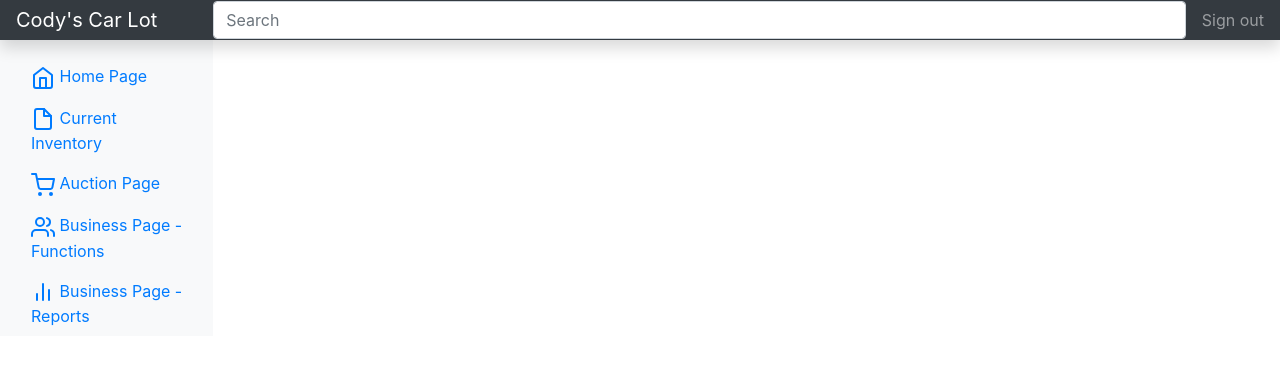
Repository: CodyHogge/CarDealershipProject
Page: http://localhost/CarDealershipProject/booted_reports.jsp
The author's editor kept a copy of each file at every save. The page is drawn from the files as they stood at one save, then again after the next save.
The browser window is 1280 px wide. The pictures show the whole page.
The page is served by Tomcat 9.

Above is the page before, as saved 2020-09-16 15:07:46.

After the next save:
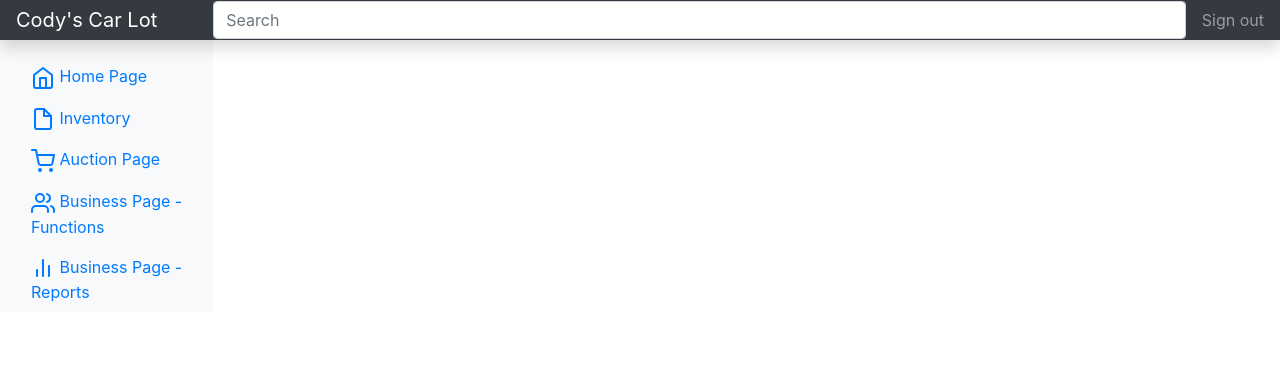
Saved 119 s later.
--- a/CarDealershipProject/WebContent/booted_reports.jsp
+++ b/CarDealershipProject/WebContent/booted_reports.jsp
@@ -36,7 +36,7 @@
           <li class="nav-item">
             <a class="nav-link" href="booted_inventory.jsp">
               <svg xmlns="http://www.w3.org/2000/svg" width="24" height="24" viewBox="0 0 24 24" fill="none" stroke="currentColor" stroke-width="2" stroke-linecap="round" stroke-linejoin="round" class="feather feather-file"><path d="M13 2H6a2 2 0 0 0-2 2v16a2 2 0 0 0 2 2h12a2 2 0 0 0 2-2V9z"></path><polyline points="13 2 13 9 20 9"></polyline></svg>
-              Current Inventory
+              Inventory
             </a>
           </li>
           <li class="nav-item">
